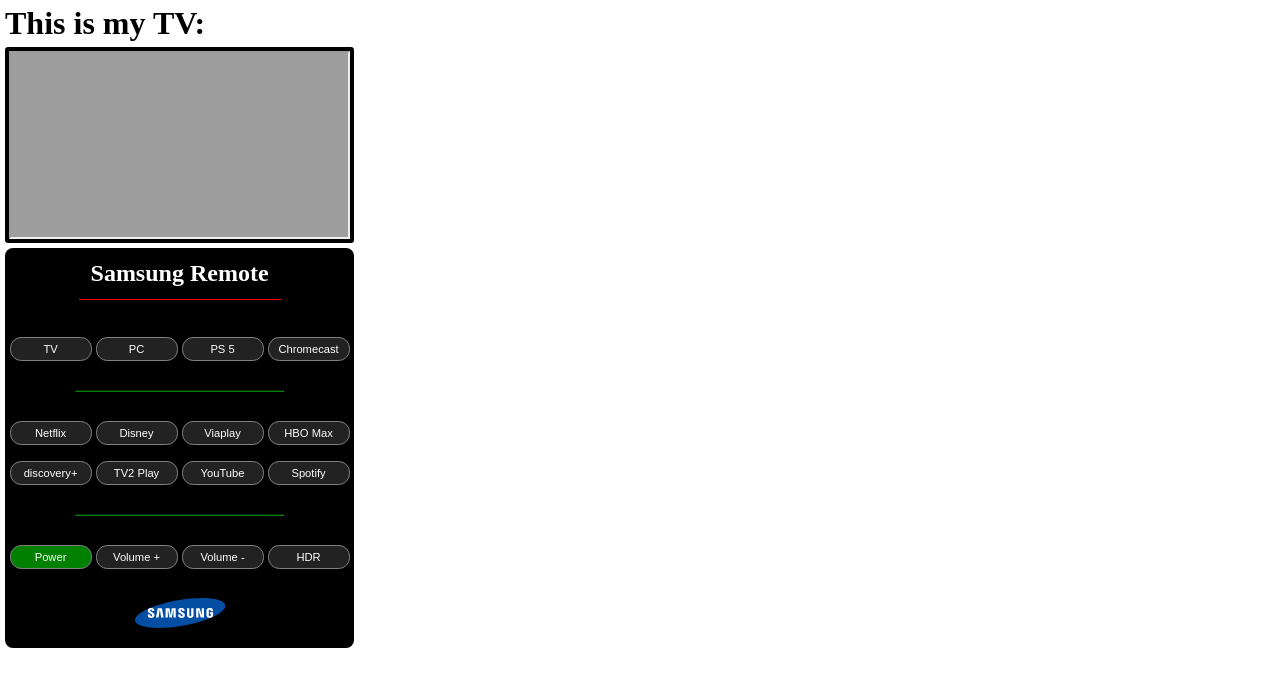
Repository: NoroffFEU/programming-foundations-ca-runeunhjem
Page: index.html
An editor plug-in stored every save of this project. The page is shown before and after a run of saves, followed by the edit.
The browser window is 1280 px wide. The pictures show the whole page.
Pictures or frames that could not be fetched are drawn as grey boxes. The style sheet was rebuilt from its Sass, Less or Tailwind sources for each picture, by a compiler version that may differ from the author's.

Above is the page before, as saved 2023-01-13 14:17:46.

After the next 2 saves:
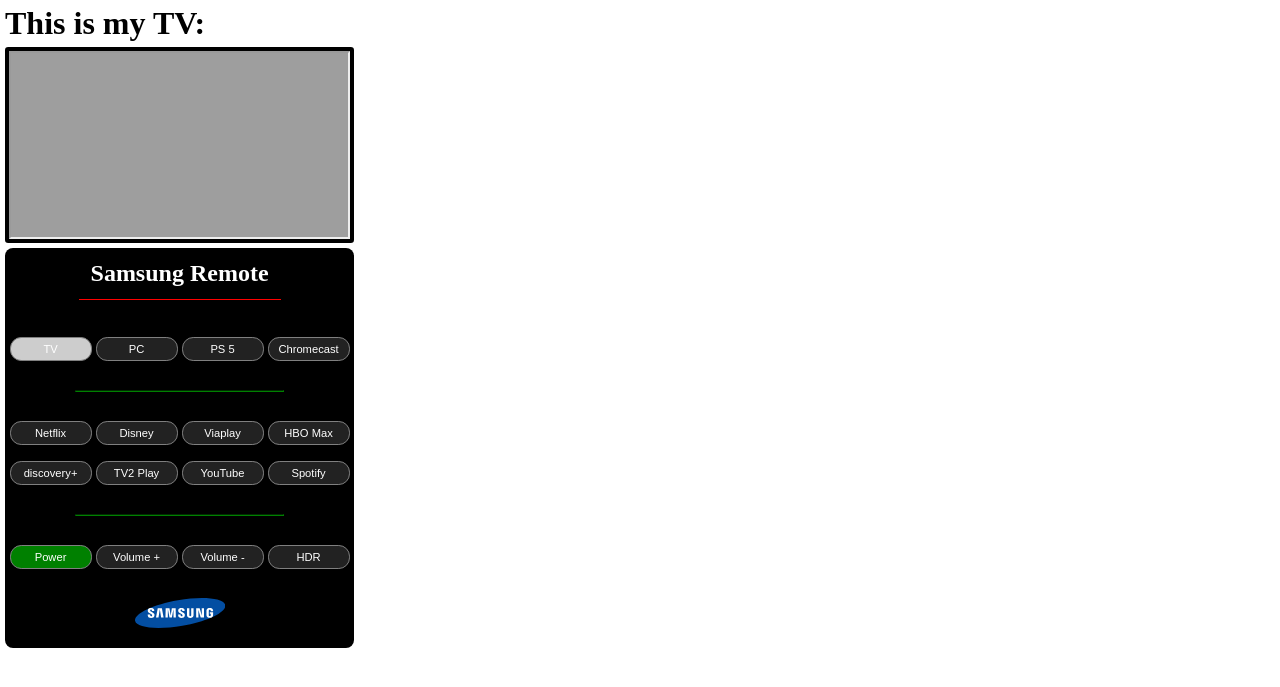
The 2 saves are shown as one change because they came seconds apart.
The last was saved 59 s later.
--- a/js/optional.js
+++ b/js/optional.js
@@ -40,17 +40,18 @@
   }
 }
 
-tvButton.onclick = function activeButton() {
-  if (tv.activeTvSource === "TV") {
-    console.log("[Before setting activeButton]:", tv.activeButton);
-    tv.activeButton = "#tv";
-    tvButton.style.backgroundColor = "#CDCDCD";
-  } else if (tv.activeTvSource === "PC") {
-    console.log("[Before setting activeButton]:", tv.activeButton);
-    tv.activeButton = "#pc";
-    pcButton.style.backgroundColor = "#CDCDCD";
-  }
-}
+tvButton.style.backgroundColor = "#CDCDCD";
+// tvButton.onclick = function activeButton() {
+//   if (tv.activeTvSource === "TV") {
+//     console.log("[Before setting activeButton]:", tv.activeButton);
+//     tv.activeButton = "#tv";
+//     tvButton.style.backgroundColor = "#CDCDCD";
+//   } else if (tv.activeTvSource === "PC") {
+//     console.log("[Before setting activeButton]:", tv.activeButton);
+//     tv.activeButton = "#pc";
+//     pcButton.style.backgroundColor = "#CDCDCD";
+//   }
+// }
 
 // var pcButton = document.querySelector("#pc");
 // var ps5Button = document.querySelector("#ps5");

After the save that followed:
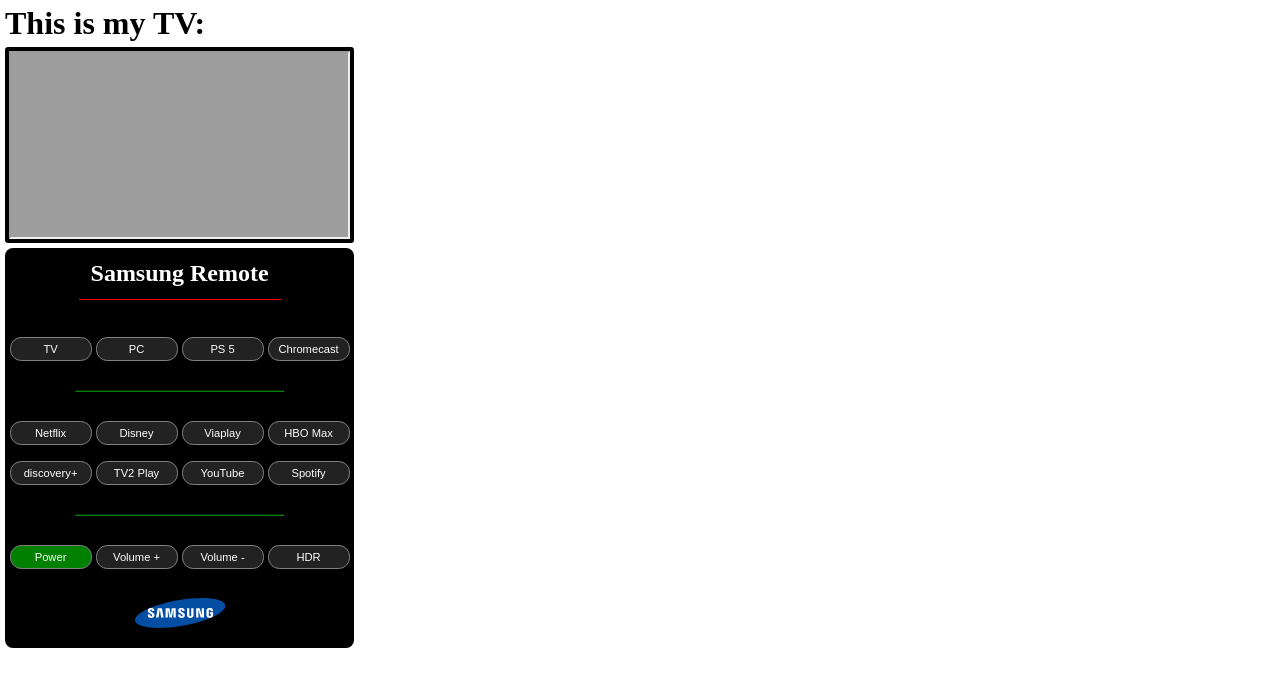
Console error: ReferenceError: tvtvButton is not defined
Saved 8 s later.
--- a/js/optional.js
+++ b/js/optional.js
@@ -40,7 +40,7 @@
   }
 }
 
-tvButton.style.backgroundColor = "#CDCDCD";
+tvtvButton.style.backgroundColor = "#CDCDCD";
 // tvButton.onclick = function activeButton() {
 //   if (tv.activeTvSource === "TV") {
 //     console.log("[Before setting activeButton]:", tv.activeButton);
